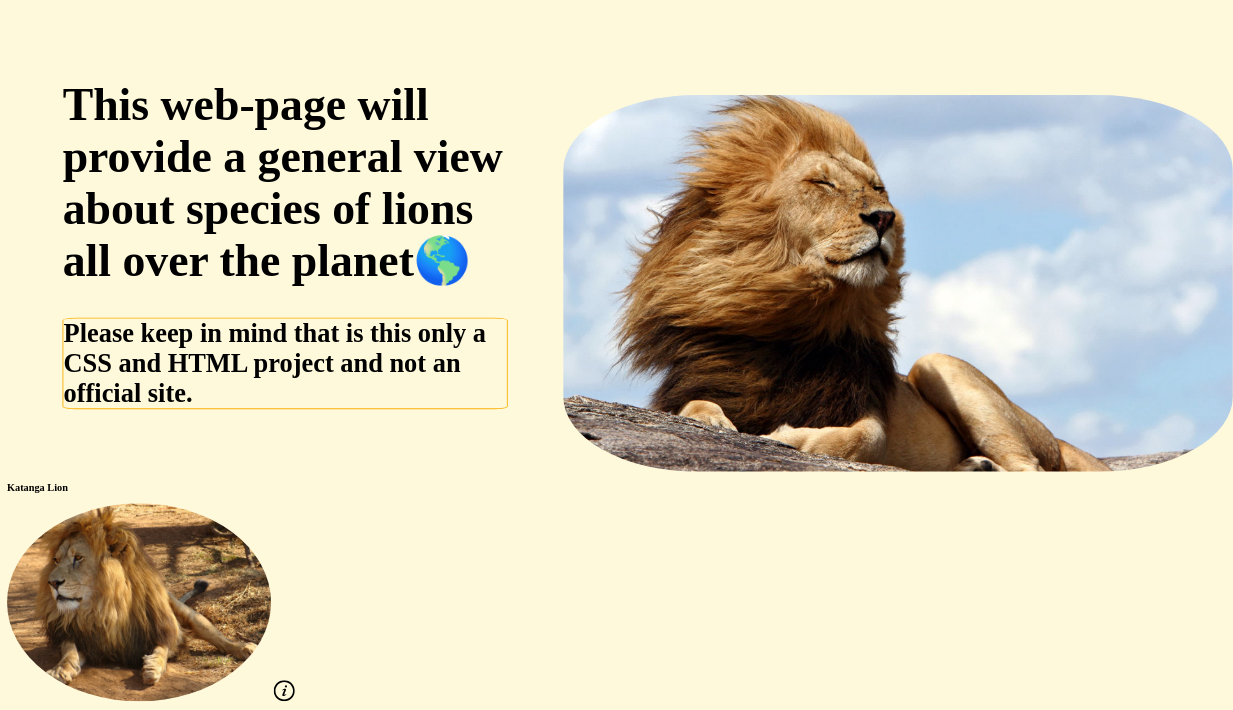
Repository: GeorgeManias/lions_project
Page: index.html
The author's editor kept a copy of each file at every save. The page is drawn from the files as they stood at one save, then again after the next save.
The browser window is 1280 px wide. The page is 1401 px wide, so the pictures cover 1401 px, including what lies to the right of the window. The pictures show the whole page, at 88% of full size.

Above is the page before, as saved 2021-11-03 19:53:49.

### index.html
<!DOCTYPE html>
<html lang="en">
  <head>
    <link rel="stylesheet" href="index.css" />
    <link
      href="https://fonts.googleapis.com/css2?family=Roboto:ital@1&display=swap"
      rel="stylesheet"
    />
    <title>King of the Jungle</title>
  </head>
  <div class="container">
    <!--This will be the container fro the main_page-->

    <body>
      <!--Class above will support the grid between header and main photo-->
      <div class="headers_and_mainphoto">
        <header>
          <!--This area will be for the upper body part-->
          <h1 class="main_header">
            This web-page will provide a general view about species of lions all
            over the planet🌎
          </h1>
          <h2 class="project_header">
            Please keep in mind that is this only a CSS and HTML project and not
            an official site.
          </h2>
        </header>
        <img
          src="pictures/main_lion.jpg"
          alt="main_lion_photo"
          class="main_photo"
        />
      </div>
      <div class="grid_with_6_pictures">
        <!--Katanga_Lion_Start-->
        <h3 id="katanga_title_cord" class="titles_6">Katanga Lion</h3>
        <img
          src="pictures/katanga_lion.jpg"
          alt="katanga_lion"
          id="katanga_img_cord"
          class="img_6"
        />
        <svg
          id="katanga_info_cord"
          class="info_svg"
          xmlns="http://www.w3.org/2000/svg"
          width="24"
          height="24"
          viewBox="0 0 24 24"
        >
          <path
            d="M12 2c5.514 0 10 4.486 10 10s-4.486 10-10 10-10-4.486-10-10 4.486-10 10-10zm0-2c-6.627 0-12 5.373-12 12s5.373 12 12 12 12-5.373 12-12-5.373-12-12-12zm-2.033 16.01c.564-1.789 1.632-3.932 1.821-4.474.273-.787-.211-1.136-1.74.209l-.34-.64c1.744-1.897 5.335-2.326 4.113.613-.763 1.835-1.309 3.074-1.621 4.03-.455 1.393.694.828 1.819-.211.153.25.203.331.356.619-2.498 2.378-5.271 2.588-4.408-.146zm4.742-8.169c-.532.453-1.32.443-1.761-.022-.441-.465-.367-1.208.164-1.661.532-.453 1.32-.442 1.761.022.439.466.367 1.209-.164 1.661z"
          />
        </svg>
        <!--Katanga_Lion_End-->
      </div>
    </body>
  </div>
</html>

<!--1
  Katanga lion
  Congo Lion
  Transvaal lion
  East African lion
  Asiatic lion
  West African lion

-->

### index.css
/*

--- 01 TYPOGRAPHY SYSTEM

- Font sizes (px)
10 / 12 / 14 / 16 / 18 / 20 / 24 / 30 / 36 / 44 / 52 / 62 / 74 / 86 / 98

- Font weights
Default: 400
Medium: 500
Semi-bold: 600
Bold: 700

- Line heights
Default: 1
Small: 1.05
Medium: 1.2
Paragraph default: 1.6

- Letter spacing
-0.5px
0.75px

--- 02 COLORS

- Primary: ##fab005
- Tints:
#fff9db

- Shades:


- Accents:
- Greys

#888
#767676 (lightest grey allowed on #fff)
#6f6f6f (lightest grey allowed on #fdf2e9)
#555
#333

--- 05 SHADOWS

0 2.4rem 4.8rem rgba(0, 0, 0, 0.075);

--- 06 BORDER-RADIUS

Default: 9px
Medium: 11px

--- 07 WHITESPACE

- Spacing system (px)
2 / 4 / 8 / 12 / 16 / 24 / 32 / 48 / 64 / 80 / 96 / 128
*/

html {
  /*εδώ βάζω το 10 με σκοπο το αλλο να έχει ευκολο πολαπλασσιο του rem*/
  font-size: 10px;
  margin-left: 0%;
  margin-right: 0%;
}

body {
  background-color: #fff9db;
}

header {
  margin-left: 10%;
  margin-right: 10%;
}

.main_header {
  font-size: 5.2rem;
}

.project_header {
  font-size: 3rem;
  border: 0.1rem solid #fab005;
  border-radius: 3%;
}

.headers_and_mainphoto {
  /*Αυτο το πεδίο αναφέρεται στο grid*/
  display: grid;
  grid-template-columns: 50% 50%;
  align-items: center;
}

.grid_with_9_pictures {
  display: grid;
  grid-template-columns: 1fr 1fr 1fr 1fr 1fr 1fr;
  grid-template-rows: 1fr 1fr 1fr;
}

.main_photo {
  width: 761px;
  margin-top: 100px;
  border-radius: 20%;
}

.img_6 {
  width: 300px;
  border-radius: 50%;
}

/*//////////////////////////////////////////////////////////////////////////////////////////////////////////////////////////////////////////////////////////////////*/
/*Katanga Lion Cord Start*/
#katanga_title_cord {
  grid-column: 1/2;
  grid-row: 1/2;
}
#katanga_img_cord {
  grid-column: 1/2;
  grid-row: 2/3;
}

#katanga_info_cord {
  grid-column: 1/2;
  grid-row: 3/4;
}

After the next save:
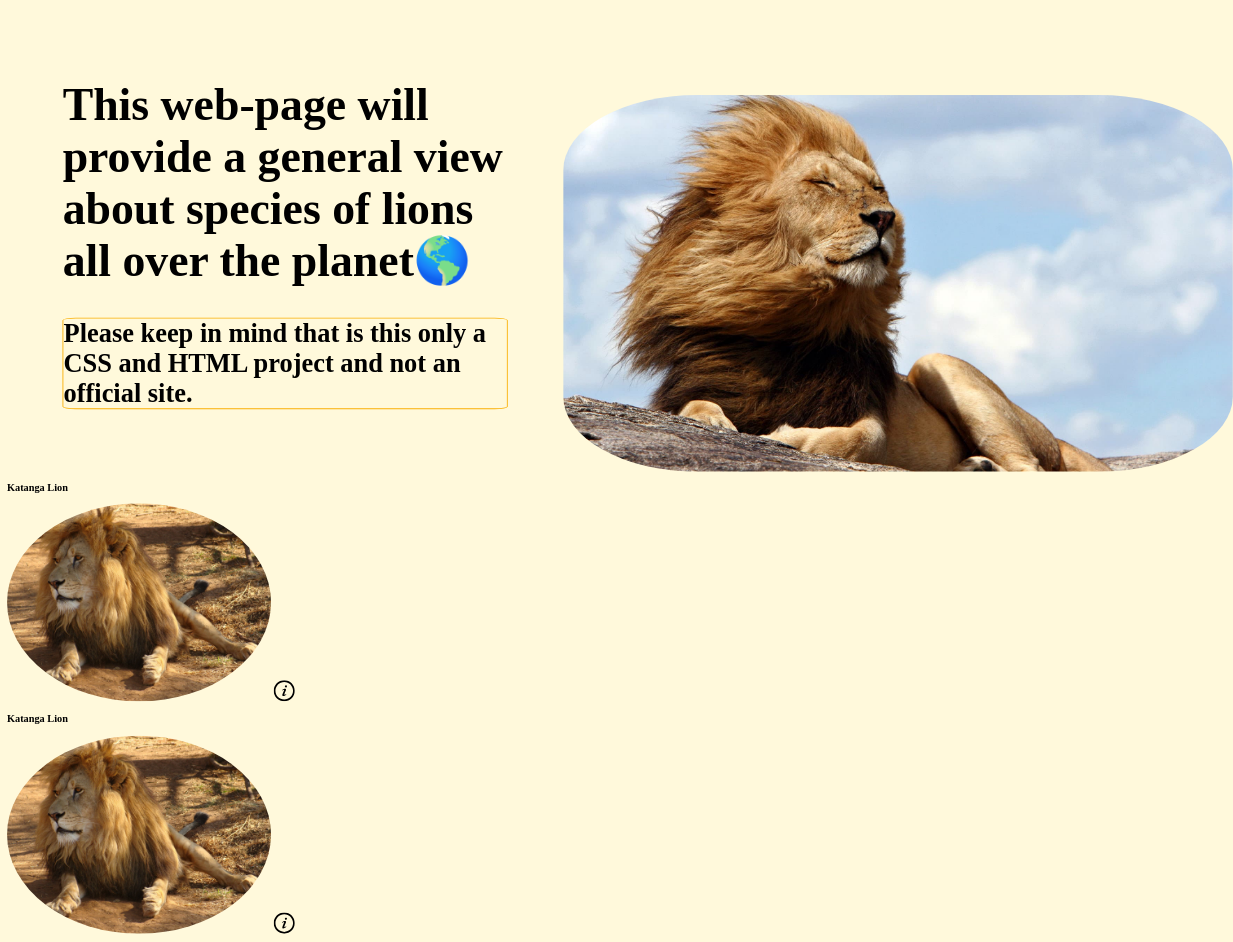
Saved 3 min 13 s later.
--- a/index.html
+++ b/index.html
@@ -54,6 +54,29 @@
         </svg>
         <!--Katanga_Lion_End-->
       </div>
+      <div class="grid_with_6_pictures">
+        <!--Congo_Lion_Start-->
+        <h3 id="congo_title_cord" class="titles_6">Katanga Lion</h3>
+        <img
+          src="pictures/katanga_lion.jpg"
+          alt="congo_lion"
+          id="congo_img_cord"
+          class="img_6"
+        />
+        <svg
+          id="congo_info_cord"
+          class="info_svg"
+          xmlns="http://www.w3.org/2000/svg"
+          width="24"
+          height="24"
+          viewBox="0 0 24 24"
+        >
+          <path
+            d="M12 2c5.514 0 10 4.486 10 10s-4.486 10-10 10-10-4.486-10-10 4.486-10 10-10zm0-2c-6.627 0-12 5.373-12 12s5.373 12 12 12 12-5.373 12-12-5.373-12-12-12zm-2.033 16.01c.564-1.789 1.632-3.932 1.821-4.474.273-.787-.211-1.136-1.74.209l-.34-.64c1.744-1.897 5.335-2.326 4.113.613-.763 1.835-1.309 3.074-1.621 4.03-.455 1.393.694.828 1.819-.211.153.25.203.331.356.619-2.498 2.378-5.271 2.588-4.408-.146zm4.742-8.169c-.532.453-1.32.443-1.761-.022-.441-.465-.367-1.208.164-1.661.532-.453 1.32-.442 1.761.022.439.466.367 1.209-.164 1.661z"
+          />
+        </svg>
+        <!--Congo_Lion_End-->
+      </div>
     </body>
   </div>
 </html>
